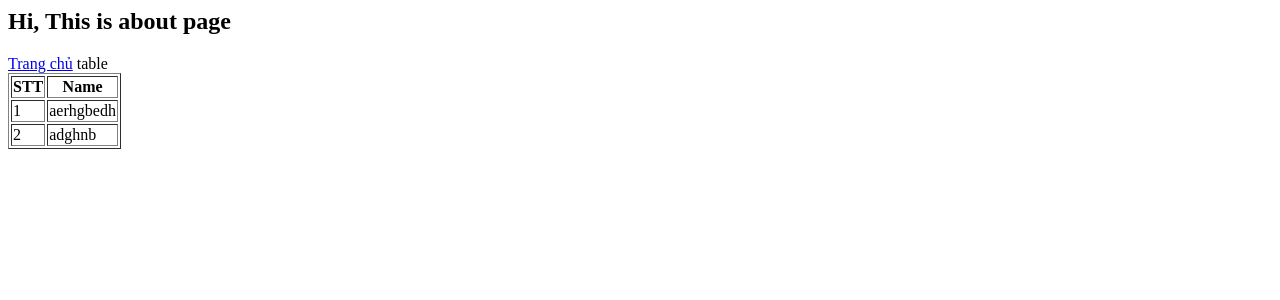
Repository: Tranghii/HTML-CSS
Page: HTML&CSS/about.html
These files come from the project's save history. The page is drawn as it stood at one moment and after the next save; the edit follows.
The browser window is 1280 px wide. The pictures show the whole page.

Above is the page before, as saved 2025-10-11 16:45:39.

After the next save:
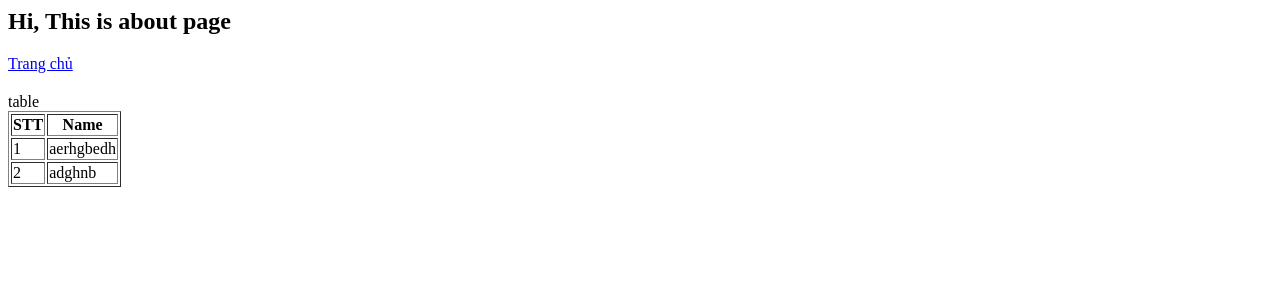
Saved 8 s later.
--- a/HTML&CSS/about.html
+++ b/HTML&CSS/about.html
@@ -1,6 +1,6 @@
 <h2>Hi, This is about page</h2>
 <a href="index.html">Trang chủ</a>
-table
+<h2></h2>table
 <table border="1">
     <thead>
         <tr>
